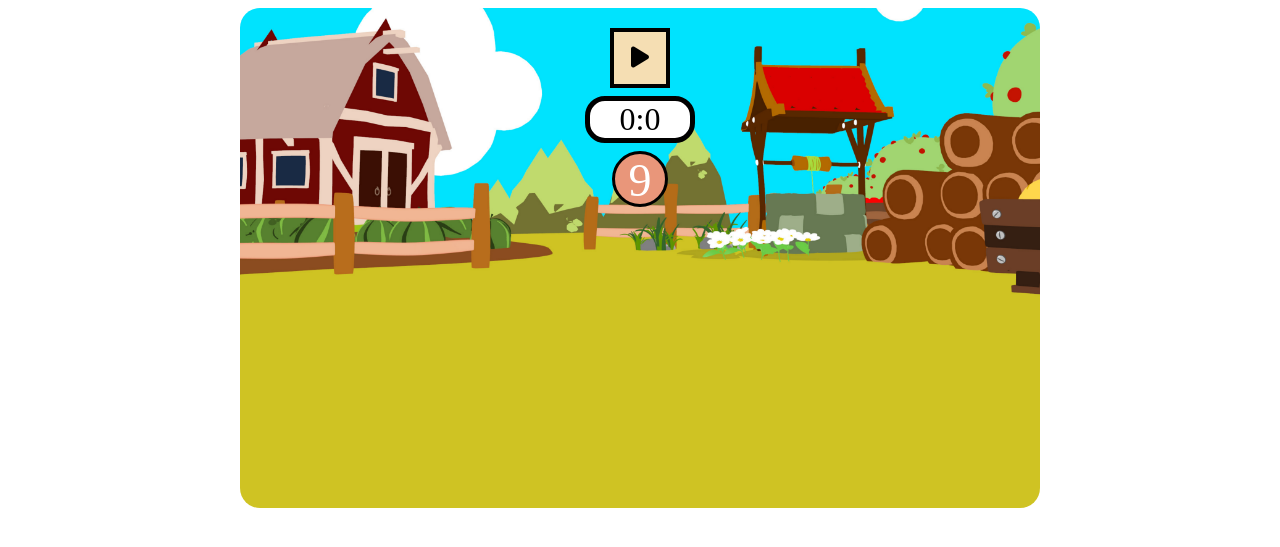
Repository: dhchun1203/browser-practice-works-
Page: carrot/index.html
These files come from the project's save history. The page is drawn as it stood at one moment and after the next save; the edit follows.
The browser window is 1280 px wide. The pictures show the whole page.
Some web libraries are served in a nearby version.

Above is the page before, as saved 2021-01-10 18:40:17.

After the next save:
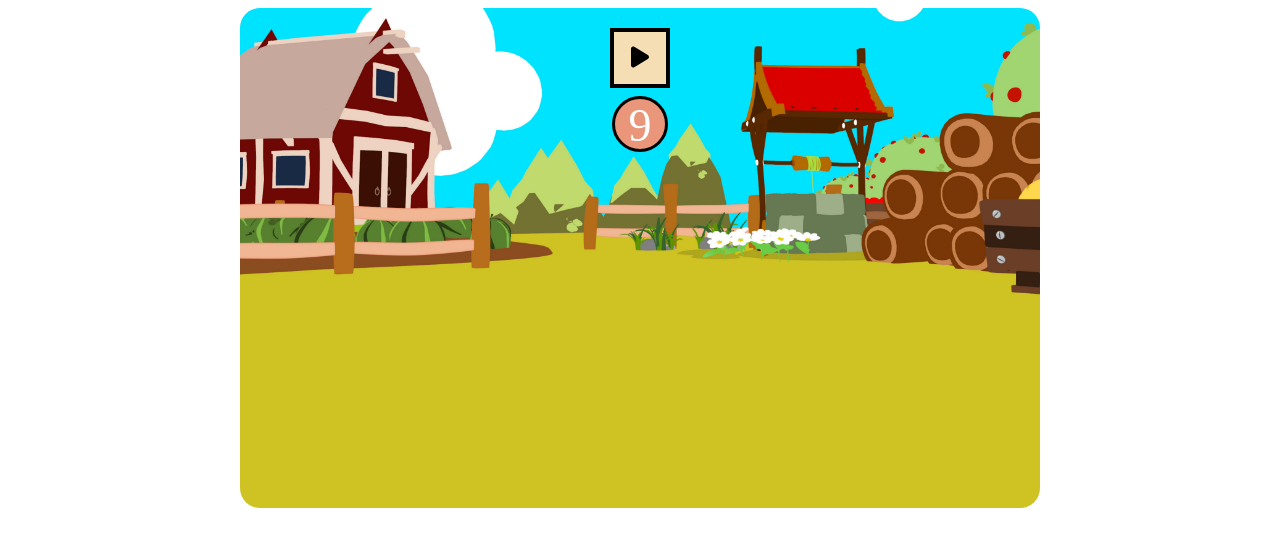
Saved 39 s later.
--- a/carrot/style.css
+++ b/carrot/style.css
@@ -40,6 +40,10 @@ body {
 	border-radius: 20px;
 	font-size: 32px;
 	margin-top: 8px;
+	display: none;
+}
+.game__timer.active {
+	display: block;
 }
 .game__score {
 	text-align: center;
